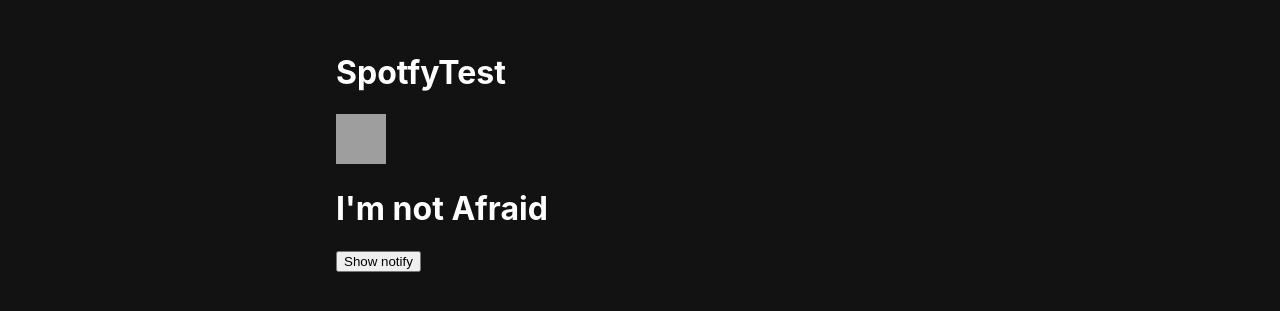
Repository: Andr3Souza/SpotfyProject
Page: src/index.html
An editor plug-in stored every save of this project. The page is shown before and after the next save, followed by the edit.
The browser window is 1280 px wide. The pictures show the whole page.
Pictures or frames that could not be fetched are drawn as grey boxes.

Above is the page before, as saved 2020-07-23 20:17:00.

After the next save:
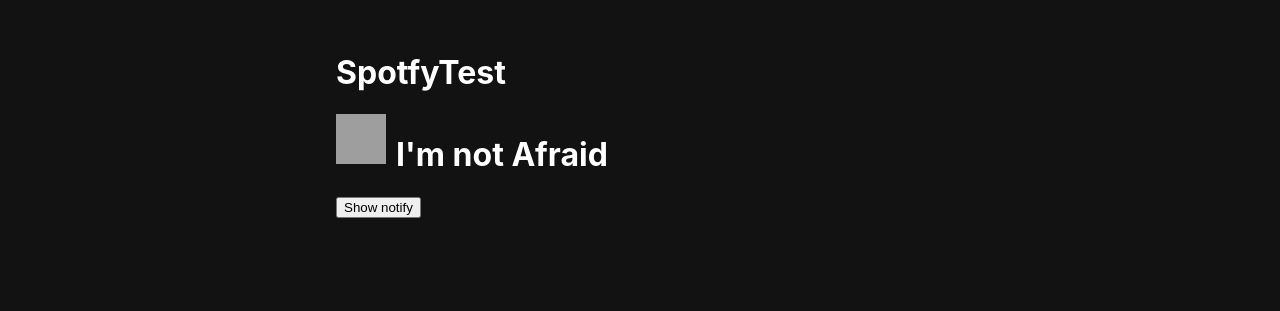
Saved 56 s later.
--- a/src/index.css
+++ b/src/index.css
@@ -11,7 +11,14 @@ h1 {
 }
 
 .musicTitle {
+  margin-left: 10px;
   color: white;
-  size: 1rem;
+  size: 0.5rem;
   font-weight: bold;
 }
+
+.musicBorder {
+  display: flex;
+  justify-content: initial;
+  flex-direction: row;
+}
